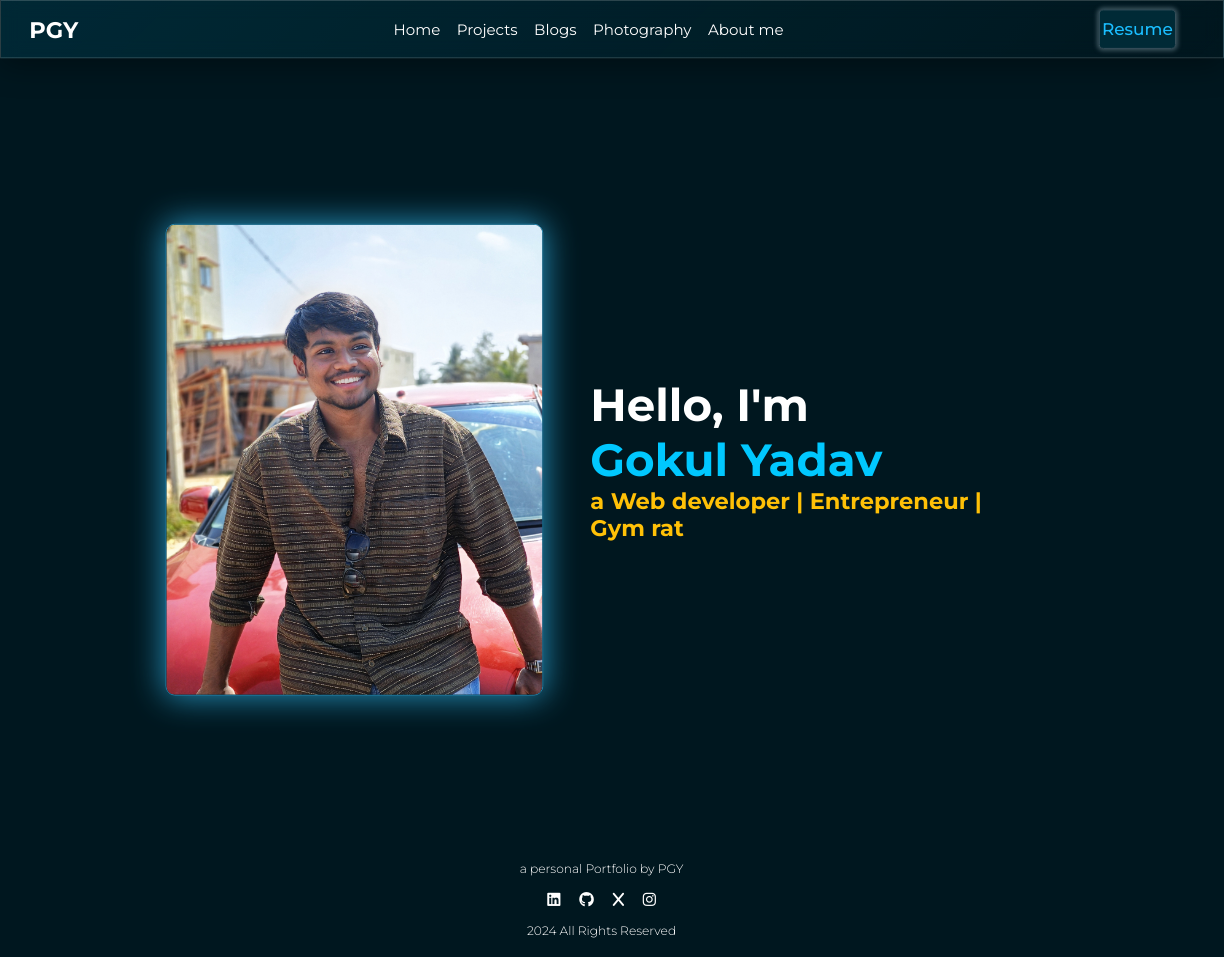
Repository: pgyunknown/pgyunknown
Page: index.html
An editor plug-in stored every save of this project. The page is shown before and after a run of saves, followed by the edit.
The browser window is 1280 px wide. The page is 1302 px wide, so the pictures cover 1302 px, including what lies to the right of the window. The pictures show the whole page, at 94% of full size.
Some web libraries are served in a nearby version.

Above is the page before, as saved 2024-08-24 02:04:13.

### index.html
<!DOCTYPE html>
<html lang="en">
<head>
    <meta charset="UTF-8">
    <meta name="viewport" content="width=device-width, initial-scale=1.0">
    <title>Personal portfolio</title>
    <link rel="stylesheet" href="index.css">
    <link rel="preconnect" href="https://fonts.googleapis.com">
<link rel="preconnect" href="https://fonts.gstatic.com" crossorigin>
<link href="https://fonts.googleapis.com/css2?family=Libre+Baskerville:ital,wght@0,400;0,700;1,400&family=Montserrat:ital,wght@0,100..900;1,100..900&family=Titillium+Web:ital,wght@0,200;0,300;0,400;0,600;0,700;0,900;1,200;1,300;1,400;1,600;1,700&display=swap" rel="stylesheet">
<link rel="stylesheet" href="https://cdnjs.cloudflare.com/ajax/libs/font-awesome/6.6.0/css/all.min.css" integrity="sha512-Kc323vGBEqzTmouAECnVceyQqyqdsSiqLQISBL29aUW4U/M7pSPA/gEUZQqv1cwx4OnYxTxve5UMg5GT6L4JJg==" crossorigin="anonymous" referrerpolicy="no-referrer" />
</head>
<body>

    <header>
        <div class="pgy_con">
                <div class="pgy"><a href="#">PGY</a></div>
        </div>
        <nav>
                <div class="nav_bar">
                <a href="index.html" id="home">Home</a>
                <a href="project.html"id="projects">Projects</a>
                <a href="blog.html"id="blogs">Blogs</a>
                <a href="photography.html"id="photo">Photography</a>
                <a href="aboutme.html"id="About">About me</a>
                </div>
            </nav>
        <div class="resume_con">
                <button onclick="alert('Resume yet to be uploaded')">Resume</button>
        </div>
    </header>
    <main>
        <div class="contianer">
            <div ><img src="imgs/IMG20240227144332 (1).jpg" alt=""></div>
        </div>
        <div class="text_intro">
<h1 class="intro">Hello, I'm</h1>
<h1 class=" title">Gokul Yadav</h1>
<h1 class="description"> <span>a</span> Web developer | Entrepreneur | Gym rat</h1>
        </div>
    </main>


<footer>
        <div class="footer_port">a personal Portfolio by PGY</div>
        <div class="footer_icons">
            <a href="https://www.linkedin.com/in/p-gokul-yadav-82548a295?utm_source=share&utm_campaign=share_via&utm_content=profile&utm_medium=android_app" alt="Gokul's linkedin profile" target="_blank"><i class="fa-brands fa-linkedin"></i></a>
            <a href="https://github.com/pgyunknown" alt="Gokul Github profile" target="_blank" alt="Gokul's Github profile" ><i class="fa-brands fa-github"></i></a>
            <a href=" https://x.com/cody_hunk?t=EkARfGCWhhBT_BHbby4DGw&s=08 " target="_blank" alt="Gokul's X profile" ><i class="fa-brands fa-x" ></i></a>
            <a href="#" target="_blank" alt="Gokul's fa-instagram profile" ><i class="fa-brands fa-instagram" ></i></a>
        </div>
        <div class="copyrights">2024 All Rights Reserved</div>
    </footer>



</body>
</html>

### index.css
*{margin: 0px;
    padding: 0px;
}
body{
    background-color: #00171F;
    color: white;
    box-sizing: border-box;


}
a{
    text-decoration: none;
    color: inherit;
}

header{
    display: flex;
    justify-content: space-between;
    align-items: center;
    padding: 10px;
    /* Glassy effect */
    background: linear-gradient(135deg, rgba(0, 200, 255, 0.1), rgba(255, 255, 255, 0));
    backdrop-filter: blur(10px);
    -webkit-backdrop-filter: blur(10px);
    border:1px solid rgba(255, 255, 255, 0.18);
    box-shadow: 0 8px 32px 0 rgba(0, 0, 0, 0.37);

    overflow: hidden;
    position: sticky; /* Set the navbar to fixed position */
    top: 0; /* Position the navbar at the top of the page */
    width: 100%;
    height: 40px;
}

.pgy_con
{
    margin-left: 20px;
    font-family: "Montserrat", sans-serif;
    font-optical-sizing: auto;
    font-size: x-large;
    font-weight: 700;
    font-style: normal;
    align-items: end;

}

.pgy_con .pgy a{
    text-decoration: none;
}
.nav_bar {
        /* height: 50px; */
    width: 500px;
    display: flex;
    justify-content: space-evenly;

    transition-property: all;
    transition-timing-function: ease-in-out;
    transition-delay: 1s;


}

.nav_bar a{
    box-sizing: border-box;
    font-family: "Montserrat", sans-serif;
    font-optical-sizing: auto;
    font-weight: 400;
    font-style: normal
    text-decoration: none;
    justify-content: space-around;
    align-items: center;
    padding-top:10px;
    padding-bottom :10px;
    /* padding-right:10px ;
    padding-left:10px ; */
}

.nav_bar a:hover{
    color: #FFC107;
    text-shadow: #FFC107 0px 0px  1px;
    border-bottom: 0.5px solid #FFC107;


}


.resume_con {
    display: flex;
    justify-content: center;
    margin-right: 20px;
    background-color: #00171F;
    margin-right: 40px;
}
.resume_con button{
    background-color:rgba(0, 200, 255, 0.1);
    box-sizing: content-box;
    height: 2.5rem;
    width: 5rem;
    font-family: "Montserrat", sans-serif;
    font-optical-sizing: auto;
    font-size: large;
    font-weight: 500;
    font-style: normal;
    color: #1ABEFF;
    border: 0.0001px solid #3c555f;
    border-radius: 0.3rem;
    box-shadow: 0px 0px 5px 2px #3c555f;

}



main{
    display: flex;
    justify-content:space-around;
    align-items: center;
    padding: 4.6rem;
    margin: 3.4rem;
}
.contianer img{
    display: flex;
    justify-content: center;
    height: 500px;
    width:400px;
    border-radius:10px;
    border: 1px solid #2792bd;
    box-shadow: 0px 0px 35px 1px #2792bd;

}

.text_intro{
    display: flex;
    justify-content: space-around;
    flex-direction:column;
    font-family: "Montserrat", sans-serif;
    font-optical-sizing: auto;
    font-size: x-large;
    font-weight: 500;
    font-style: normal;
    align-items: start;

}

.intro {
  color:;
}
.title {
    color: #00C8FF;
}
.description {

  font-size: 24px;
  color: #FFC107;
}

.description span{
    font-size: 24px;
}

footer{
    display: flex;
    flex-direction:column;
    justify-content: space-evenly;
    align-items: center;
    margin-bottom: 20px;

    font-family: "Montserrat", sans-serif;
    font-optical-sizing: auto;
    font-size: small;
    font-weight: 300;
    font-style: normal;
}

.footer_icons{
    display: flex;
    justify-content: center;
    align-items: center;
    width: 50px;
    height: 50px;
}



.copyrights{
    display: flex;
    justify-content: center;
    align-items: center;
}

.footer_icons a{
font-size: medium;
padding: 10px;
width: 50px;
height: 50px;
display: flex;
justify-content: center;
align-items: center;

}

@media (min-width:720px) {
    main {
        flex-direction: row;
        padding: 1rem;
        margin: 10rem;
    }

    .container img {
        height: 200px;
        width: 200px;
    }

    .text_intro {
        margin-left: 50px;
    }

    .nav_bar {
        width: 450px;
    }
}

After the next 4 saves:
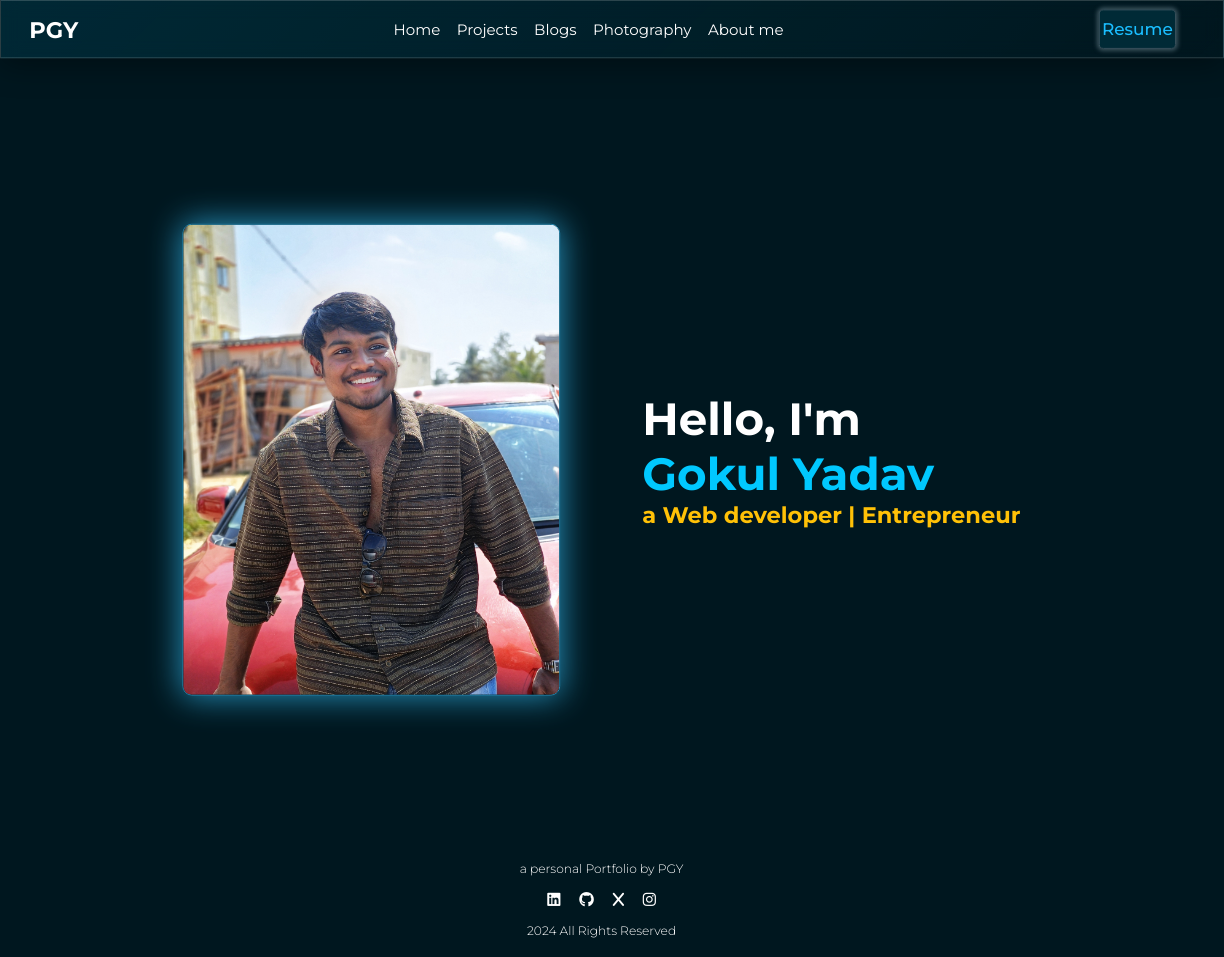
The 4 saves are shown as one change because they came seconds apart.
The last was saved 3 min 50 s later.
--- a/index.html
+++ b/index.html
@@ -36,7 +36,7 @@
         <div class="text_intro">
 <h1 class="intro">Hello, I'm</h1>
 <h1 class=" title">Gokul Yadav</h1>
-<h1 class="description"> <span>a</span> Web developer | Entrepreneur | Gym rat</h1>
+<h1 class="description"> <span>a</span> Web developer | Entrepreneur </h1>
         </div>
     </main>
 
